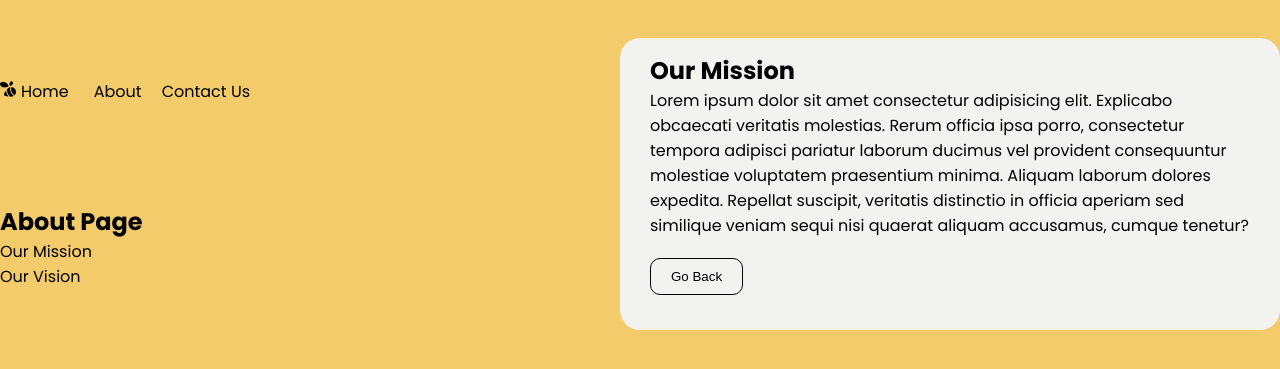
Repository: ble-syn/Random-user-generator-app
Page: /about/mission
These files come from the project's save history. The page is drawn as it stood at one moment and after the next save; the edit follows.
The browser window is 1280 px wide. The pictures show the whole page.
The project was rebuilt for these pictures with package versions that can differ from the ones it lists, and the page was loaded fresh each time. Also part of the build but not shown: src/components/pagination.jsx, src/components/User.jsx, src/pages/Home.jsx, src/components/ErrorFallback.jsx, src/pages/Vision.jsx, src/pages/Contact.jsx, src/pages/NotFound.jsx.

Above is the page before, as saved 2022-10-28 20:07:12.

### src/index.css
@import url("https://fonts.googleapis.com/css2?family=Poppins:ital,wght@0,200;0,300;0,400;0,500;0,600;0,700;1,400&display=swap");
*{
  margin: 0;
  padding: 0;
  box-sizing: border-box;
}
a {
  text-decoration: none;
  color: #000;
}
ul{
  list-style: none;
}
body {
  background-color: #F4CB6B;
  font-family: "Poppins", sans-serif;
}
button {
  margin: 20px 0;
  padding:10px 20px;
  background: none;
  border-radius: 10px;
  border: 1px solid black;
}

.container {
  width: 100%;
  max-width: 1300px;
  margin: 3% auto;

}

nav {
  display: flex;
  justify-content: first baseline;
  margin-bottom: 100px;
}
.logo{
  margin-right: 5px;
}
.menu {
  margin: 0 20px;
}

.home-container{
  display: flex;
  align-items: center;
}
/* LEFT STYLES */
#left {
  flex: 5;
}
#left h1 {
  font-size: 3rem;
  font-weight: 700;
  margin-bottom: 20px;
}
#left p {
  font-size: 1.2rem;
  margin-bottom: 20px;
}
.search-input {
  width: 80%;
  background-color: #dadada;
  border-radius: 12px;
  border: none;
  display: flex;
  place-items: center;
  padding-left: 15px;
  margin: 50px 0;
}
.search-input input{
  border: none;
}
input {
  border: 1px solid black;
  border-radius: 12px;
  background-color: inherit;
  width: 100%;
  height: 50px;
  padding-left: 5px;
  font-size: 20px;
}
input:focus {
  outline: none;
}
input::placeholder {
  color: #171717;
}
.user-btb-cont {
  margin-top: 70px;
}
.user-btn{
  margin-right: 60px;
  padding: 30px;
  border-radius: 10px;
  color: #FFF;
  cursor: pointer;
  border: none;
  box-shadow: 0px 2px 5px  rgba(0, 0, 0, 0.5);
}
.all-user {
  background-color: #BF9679;
}
.f-user{
  background-color: #F97661;
}
.m-user{
background-color: #8DCC50;
}

#right{

  flex: 5;
  margin-left: 20px;
  background-color: #F2F2EF;
  border-radius: 20px;
  padding: 15px 30px;

}

.usercard {
  background-color: #F2F2EF;
  border-radius: 20px;
  display: flex;
  justify-content: space-between;
  align-items: center;
  padding: 20px;
  margin: 20px 0;
  box-shadow: 0px 2px 5px rgba(0, 0, 0, 0.5);
}

.usercard img {
 border: 5px solid #BF9679;;
  border-radius: 50%;
  margin: 5px 0;
}

.pagination {
  display: flex;
  justify-content: center;
  align-items: center;
  gap: 12px;
  margin: 30px 0;
}

.pagination-num {
  display: flex;
  justify-content: center;
  align-items: center;
  gap: 12px;
}

.pagination-child,
.prev,
.next {
  opacity: 1;
  border: 1px solid #000;
  padding: 8px 16px;
  cursor: pointer;
  border-radius: 10px;
  transition: all 0.3s ease;
}

.pagination-child:hover,
.prev:hover,
.next:hover {
  transform: scale(1.1);
}

.disabled {
  opacity: 0.5;
  cursor: not-allowed;
}
.notfound {
  display: flex;
  flex-direction: column;
  justify-content: center;
  align-items: center;
  height: 70vh;
  font-size: 2rem;
  font-weight: 700;
}
.notfound img{
  height: 200px;
}


textarea {
  width: 100%;
  margin: 20px 0;
  background: none;
}
.c-btn {
  display: flex;
  justify-content: space-between;
}
@media (max-width: 768px){
  nav {

    justify-content: center;
    margin-bottom: 50px;
  }

  .home-container{
    display: block;
    text-align: center;
  }

  .search-input{
    display: none;
  }
  .user-btn{
    margin: 20px;
    padding: 20px;
  }
  #right{
    height: 120vh;
    margin-left: 0;
    padding: 15px;

  }
  .usercard {
    flex-wrap: wrap;
    padding: 10px;

  }
  .pagination {
    margin: 40px 0;
  }

  .pagination-child,
  .prev,
  .next {
    padding: 8px 12px;
  }

}

### src/App.js
import { BrowserRouter as Router, Routes, Route, Navigate} from "react-router-dom";
import Navbar from "./components/Navbar";
import Home from "./pages/Home";
import About from "./pages/About";
import Policy from "./pages/Vision";
import Terms from "./pages/Mission";
import Contact from "./pages/Contact";
import NotFound from "./pages/NotFound";
import Mission from "./pages/Mission";
import Vision from "./pages/Vision";

function App() {
  return (
    <div className="container">
      <Router>
        <Routes>
          <Route path="/" element={<Home />} />
          <Route path="/about" element={<About />}>
            <Route path="mission" element={<Mission />} />
            <Route path="vision" element={<Vision />} />
          </Route>
          <Route path="/contact" element={<Contact />} />
          <Route path="/not-found" element={<NotFound />} />
          <Route path="*" element={<Navigate to="/not-found" />} />
        </Routes>
      </Router>

    </div>
  );
}

export default App;

### src/components/Navbar.jsx
import React from "react";
import { Link } from "react-router-dom";
import bee from "../assets/bee.png";

function Navbar() {
    return (
      <nav className="header">
        <div className="logo">
          <Link to="/">
            <img className="logo" src={bee} alt="" />
          Home</Link>
        </div>


        <div>
            <Link to="/about" className="menu">About</Link>
        </div>
        <div>
            <Link to="/contact">Contact Us</Link>
        </div>
      </nav>
    );
  }

export default Navbar;

### src/pages/About.jsx
import React from "react";
import { Link, Outlet, useLocation, useNavigate } from "react-router-dom";
import Navbar from "../components/Navbar";
import Pagination from "../components/pagination";
import { ErrorBoundary } from 'react-error-boundary'
import ErrorFallback from "../components/ErrorFallback";


function About() {
  const location = useLocation();

  const navigate = useNavigate()
  const  goHome =(event) =>{
    event.preventDefault()
    navigate("/")
  }
  return (
    <div>
      <div className="home-container">
        <div id="left">
          <Navbar />
          <h2>About Page</h2>
          <ul>
            <li>
              <Link to="/about/mission">Our Mission</Link>
            </li>
            <li>
              <Link to="/about/vision">Our Vision</Link>
            </li>
          </ul>
        </div>

        <div id="right">
          {location.pathname === "/about" ? (
            <div>
              <h2>About Us</h2>
              <p>
                RandomUser is an API providing developers with randomly generated users to be used as
                placeholders for testing purposes. This makes the tool similar to Lorem Ipsum, but is a placeholder for people
                instead of text. The API can return multiple results, as well as specify generated user details such as
                gender, email, image, username, address, title, first and last name, and more.
              </p>
              <button onClick={goHome}>Go Back</button>


              <div>
                <h3>Error Boundary</h3>
              <ErrorBoundary FallbackComponent={ErrorFallback}>
                <h3>Error Boundary</h3>
                <Pagination />
              </ErrorBoundary>
              </div>
            </div>
          ) : (
            <Outlet />
          )}

        </div>

       </div>
    </div>
  );
}

export default About;

### src/pages/Mission.jsx
import React from "react";
import { useNavigate} from "react-router-dom";

function Mission() {
  const navigate = useNavigate()
  const  goback =(event) =>{
    event.preventDefault()
    navigate("/about")

  }
  return (
    <div>
      <h2> Our Mission</h2>
      <div>
        <p>
          Lorem ipsum dolor sit amet consectetur adipisicing elit. Explicabo
          obcaecati veritatis molestias. Rerum officia ipsa porro, consectetur
          tempora adipisci pariatur laborum ducimus vel provident consequuntur
          molestiae voluptatem praesentium minima. Aliquam laborum dolores
          expedita. Repellat suscipit, veritatis distinctio in officia aperiam
          sed similique veniam sequi nisi quaerat aliquam accusamus, cumque
          tenetur?
        </p>
        <button onClick={goback}>Go Back</button>
      </div>
    </div>
  );
}

export default Mission;

Loaded but not shown: public/index.html (common file); src/index.js (common file); src/reportWebVitals.js (common file)

After the next save:
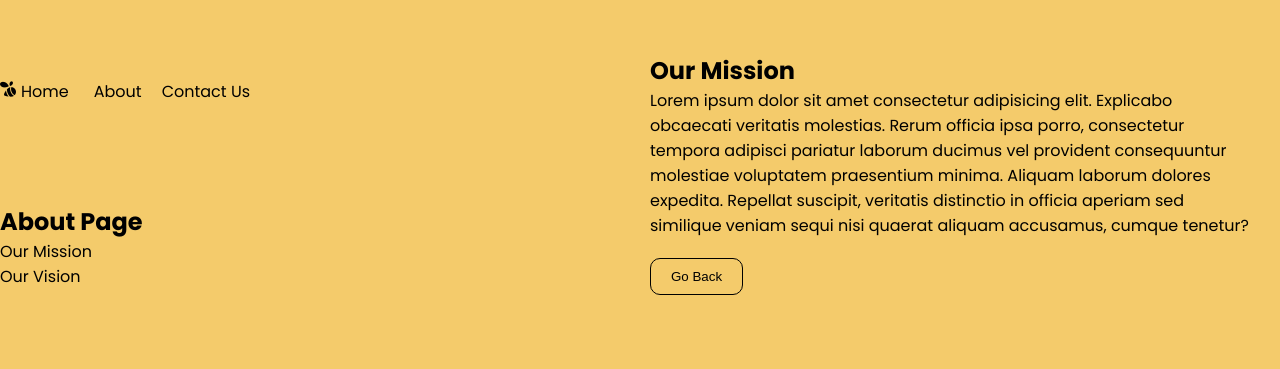
Saved 2 min 34 s later.
--- a/src/index.css
+++ b/src/index.css
@@ -113,7 +113,7 @@ background-color: #8DCC50;
 
   flex: 5;
   margin-left: 20px;
-  background-color: #F2F2EF;
+  /* background-color: #F2F2EF; */
   border-radius: 20px;
   padding: 15px 30px;
 
